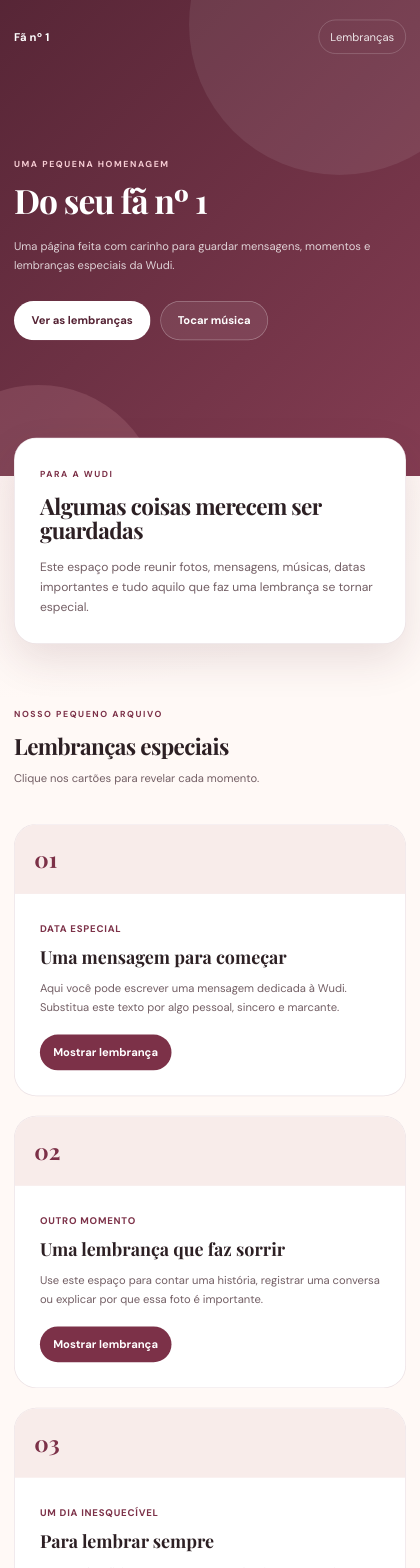
Repository: rrresck/do-seu-fa-numero-1
Page: index.html
The author's editor kept a copy of each file at every save. The page is drawn from the files as they stood at one save, then again after the next save.
The browser window is 600 px wide. The pictures show the part of the page from y = 0 to 2240 px (the page is 3087 px tall), at 70% of full size.

Above is the page before, as saved 2026-07-24 15:10:32.

### index.html
<!DOCTYPE html>
<html lang="pt-BR">
<head>
    <meta charset="UTF-8">
    <meta
        name="viewport"
        content="width=device-width, initial-scale=1.0"
    >

    <meta
        name="description"
        content="Uma página especial feita para a Wudi, pelo seu fã número 1."
    >

    <title>Do seu fã número 1</title>

    <link rel="preconnect" href="https://fonts.googleapis.com">
    <link rel="preconnect" href="https://fonts.gstatic.com" crossorigin>

    <link
        href="https://fonts.googleapis.com/css2?family=DM+Sans:wght@400;500;600;700&family=Playfair+Display:wght@600;700&display=swap"
        rel="stylesheet"
    >

    <link rel="stylesheet" href="css/styles.css">
</head>

<body>
    <header class="hero">
        <nav class="navigation container">
            <a href="#inicio" class="logo">
                Fã nº 1
            </a>

            <a href="#lembrancas" class="navigation-link">
                Lembranças
            </a>
        </nav>

        <div class="hero-content container" id="inicio">
            <span class="eyebrow">Uma pequena homenagem</span>

            <h1>Do seu fã nº 1</h1>

            <p class="hero-description">
                Uma página feita com carinho para guardar mensagens,
                momentos e lembranças especiais da Wudi.
            </p>

            <div class="hero-actions">
                <a href="#lembrancas" class="button button-primary">
                    Ver as lembranças
                </a>

                <button
                    type="button"
                    class="button button-secondary"
                    id="musicButton"
                    aria-pressed="false"
                >
                    Tocar música
                </button>
            </div>
        </div>

        <div class="hero-decoration" aria-hidden="true">
            <span>✦</span>
            <span>♡</span>
            <span>✦</span>
        </div>
    </header>

    <main>
        <section class="intro-section container">
            <div class="intro-card">
                <span class="section-label">Para a Wudi</span>

                <h2>Algumas coisas merecem ser guardadas</h2>

                <p>
                    Este espaço pode reunir fotos, mensagens, músicas,
                    datas importantes e tudo aquilo que faz uma lembrança
                    se tornar especial.
                </p>
            </div>
        </section>

        <section
            class="memories-section container"
            id="lembrancas"
        >
            <div class="section-heading">
                <span class="section-label">Nosso pequeno arquivo</span>
                <h2>Lembranças especiais</h2>
                <p>
                    Clique nos cartões para revelar cada momento.
                </p>
            </div>

            <div class="memories-grid">
                <article class="memory-card">
                    <div class="memory-number">01</div>

                    <div class="memory-content">
                        <time datetime="2026-01-01">
                            Data especial
                        </time>

                        <h3>Uma mensagem para começar</h3>

                        <p>
                            Aqui você pode escrever uma mensagem dedicada
                            à Wudi. Substitua este texto por algo pessoal,
                            sincero e marcante.
                        </p>

                        <button
                            type="button"
                            class="reveal-button"
                            data-target="memoryImage1"
                        >
                            Mostrar lembrança
                        </button>

                        <div
                            class="memory-image-wrapper"
                            id="memoryImage1"
                            hidden
                        >
                            <img
                                src="img/foto-1.jpg"
                                alt="Primeira lembrança dedicada à Wudi"
                            >
                        </div>
                    </div>
                </article>

                <article class="memory-card">
                    <div class="memory-number">02</div>

                    <div class="memory-content">
                        <time datetime="2026-01-02">
                            Outro momento
                        </time>

                        <h3>Uma lembrança que faz sorrir</h3>

                        <p>
                            Use este espaço para contar uma história,
                            registrar uma conversa ou explicar por que
                            essa foto é importante.
                        </p>

                        <button
                            type="button"
                            class="reveal-button"
                            data-target="memoryImage2"
                        >
                            Mostrar lembrança
                        </button>

                        <div
                            class="memory-image-wrapper"
                            id="memoryImage2"
                            hidden
                        >
                            <img
                                src="img/foto-2.jpg"
                                alt="Segunda lembrança dedicada à Wudi"
                            >
                        </div>
                    </div>
                </article>

                <article class="memory-card">
                    <div class="memory-number">03</div>

                    <div class="memory-content">
                        <time datetime="2026-01-03">
                            Um dia inesquecível
                        </time>

                        <h3>Para lembrar sempre</h3>

                        <p>
                            Você pode adicionar quantos cartões desejar.
                            Basta copiar este bloco e alterar o texto,
                            a data e o endereço da imagem.
                        </p>

                        <button
                            type="button"
                            class="reveal-button"
                            data-target="memoryImage3"
                        >
                            Mostrar lembrança
                        </button>

                        <div
                            class="memory-image-wrapper"
                            id="memoryImage3"
                            hidden
                        >
                            <img
                                src="img/foto-3.jpg"
                                alt="Terceira lembrança dedicada à Wudi"
                            >
                        </div>
                    </div>
                </article>
            </div>
        </section>

        <section class="closing-section">
            <div class="container">
                <div class="closing-card">
                    <span class="closing-symbol" aria-hidden="true">
                        ♡
                    </span>

                    <h2>Feito para a Wudi</h2>

                    <p>
                        Porque algumas pessoas merecem páginas inteiras,
                        não apenas mensagens rápidas.
                    </p>

                    <span class="signature">
                        — Do seu fã número 1
                    </span>
                </div>
            </div>
        </section>
    </main>

    <footer>
        <div class="container footer-content">
            <p>
                Feito com carinho para a Wudi.
            </p>

            <a href="#inicio">
                Voltar ao início
            </a>
        </div>
    </footer>

    <audio id="backgroundMusic" loop>
        <source src="audio/musica.mp3" type="audio/mpeg">
    </audio>

    <script src="script.js"></script>
</body>
</html>

### css/styles.css
:root {
    --background: #fff9f6;
    --surface: #ffffff;
    --surface-soft: #f8ecea;
    --primary: #7c3148;
    --primary-dark: #542233;
    --accent: #d99aa4;
    --text: #2d2024;
    --text-soft: #735f65;
    --border: rgba(124, 49, 72, 0.14);
    --shadow: 0 24px 60px rgba(84, 34, 51, 0.12);
    --radius-large: 32px;
    --radius-medium: 20px;
    --radius-small: 12px;
    --container: 1120px;
}

* {
    box-sizing: border-box;
    margin: 0;
    padding: 0;
}

html {
    scroll-behavior: smooth;
}

body {
    min-height: 100vh;
    overflow-x: hidden;
    background:
        radial-gradient(
            circle at top left,
            rgba(217, 154, 164, 0.22),
            transparent 32%
        ),
        var(--background);
    color: var(--text);
    font-family: "DM Sans", sans-serif;
    line-height: 1.7;
}

img {
    display: block;
    width: 100%;
    height: auto;
}

button,
a {
    font: inherit;
}

button {
    cursor: pointer;
}

a {
    color: inherit;
    text-decoration: none;
}

.container {
    width: min(calc(100% - 40px), var(--container));
    margin-inline: auto;
}

.hero {
    position: relative;
    min-height: 760px;
    overflow: hidden;
    background:
        linear-gradient(
            135deg,
            rgba(84, 34, 51, 0.98),
            rgba(124, 49, 72, 0.94)
        );
    color: #ffffff;
}

.hero::before,
.hero::after {
    position: absolute;
    border-radius: 50%;
    content: "";
    pointer-events: none;
}

.hero::before {
    width: 430px;
    height: 430px;
    top: -180px;
    right: -100px;
    background: rgba(255, 255, 255, 0.08);
}

.hero::after {
    width: 350px;
    height: 350px;
    bottom: -220px;
    left: -120px;
    background: rgba(217, 154, 164, 0.18);
}

.navigation {
    position: relative;
    z-index: 2;
    display: flex;
    align-items: center;
    justify-content: space-between;
    padding-block: 28px;
}

.logo {
    font-weight: 700;
    letter-spacing: 0.02em;
}

.navigation-link {
    padding: 10px 16px;
    border: 1px solid rgba(255, 255, 255, 0.25);
    border-radius: 999px;
    color: rgba(255, 255, 255, 0.86);
    transition:
        background-color 180ms ease,
        color 180ms ease;
}

.navigation-link:hover {
    background: #ffffff;
    color: var(--primary-dark);
}

.hero-content {
    position: relative;
    z-index: 2;
    display: flex;
    min-height: 570px;
    flex-direction: column;
    align-items: flex-start;
    justify-content: center;
    max-width: 1100px;
}

.eyebrow,
.section-label {
    display: inline-block;
    margin-bottom: 16px;
    font-size: 0.78rem;
    font-weight: 700;
    letter-spacing: 0.18em;
    text-transform: uppercase;
}

.eyebrow {
    color: #f6ccd3;
}

.hero h1 {
    max-width: none;
    font-family: "Playfair Display", serif;
    font-size: clamp(3rem, 6vw, 5.8rem);
    line-height: 1;
    letter-spacing: -0.03em;
}

.hero-description {
    max-width: 650px;
    margin-top: 28px;
    color: rgba(255, 255, 255, 0.78);
    font-size: clamp(1rem, 2vw, 1.25rem);
}

.hero-actions {
    display: flex;
    flex-wrap: wrap;
    gap: 14px;
    margin-top: 38px;
}

.button {
    display: inline-flex;
    min-height: 52px;
    align-items: center;
    justify-content: center;
    padding: 13px 24px;
    border: 1px solid transparent;
    border-radius: 999px;
    font-weight: 700;
    transition:
        transform 180ms ease,
        background-color 180ms ease,
        border-color 180ms ease;
}

.button:hover {
    transform: translateY(-2px);
}

.button-primary {
    background: #ffffff;
    color: var(--primary-dark);
}

.button-secondary {
    border-color: rgba(255, 255, 255, 0.3);
    background: rgba(255, 255, 255, 0.08);
    color: #ffffff;
}

.button-secondary:hover {
    background: rgba(255, 255, 255, 0.15);
}

.hero-decoration {
    position: absolute;
    right: 7%;
    bottom: 8%;
    z-index: 1;
    display: flex;
    gap: 22px;
    color: rgba(255, 255, 255, 0.2);
    font-size: 2rem;
}

.intro-section {
    position: relative;
    z-index: 3;
    margin-top: -85px;
}

.intro-card {
    padding: clamp(32px, 6vw, 64px);
    border: 1px solid var(--border);
    border-radius: var(--radius-large);
    background: var(--surface);
    box-shadow: var(--shadow);
}

.section-label {
    color: var(--primary);
}

.intro-card h2,
.section-heading h2,
.closing-card h2 {
    font-family: "Playfair Display", serif;
    font-size: clamp(2rem, 5vw, 3.7rem);
    line-height: 1.1;
    letter-spacing: -0.025em;
}

.intro-card p {
    max-width: 760px;
    margin-top: 20px;
    color: var(--text-soft);
    font-size: 1.08rem;
}

.memories-section {
    padding-block: 120px;
}

.section-heading {
    max-width: 700px;
    margin-bottom: 52px;
}

.section-heading p {
    margin-top: 16px;
    color: var(--text-soft);
}

.memories-grid {
    display: grid;
    gap: 28px;
}

.memory-card {
    display: grid;
    grid-template-columns: 110px 1fr;
    overflow: hidden;
    border: 1px solid var(--border);
    border-radius: var(--radius-large);
    background: var(--surface);
    transition:
        transform 200ms ease,
        box-shadow 200ms ease;
}

.memory-card:hover {
    transform: translateY(-4px);
    box-shadow: var(--shadow);
}

.memory-number {
    display: flex;
    align-items: flex-start;
    justify-content: center;
    padding-top: 42px;
    background: var(--surface-soft);
    color: var(--primary);
    font-family: "Playfair Display", serif;
    font-size: 2rem;
    font-weight: 700;
}

.memory-content {
    padding: clamp(28px, 6vw, 52px);
}

.memory-content time {
    display: inline-block;
    margin-bottom: 12px;
    color: var(--primary);
    font-size: 0.86rem;
    font-weight: 700;
    letter-spacing: 0.08em;
    text-transform: uppercase;
}

.memory-content h3 {
    font-family: "Playfair Display", serif;
    font-size: clamp(1.6rem, 4vw, 2.35rem);
    line-height: 1.2;
}

.memory-content p {
    max-width: 760px;
    margin-top: 16px;
    color: var(--text-soft);
}

.reveal-button {
    margin-top: 26px;
    padding: 12px 19px;
    border: 0;
    border-radius: 999px;
    background: var(--primary);
    color: #ffffff;
    font-weight: 700;
    transition:
        background-color 180ms ease,
        transform 180ms ease;
}

.reveal-button:hover {
    transform: translateY(-2px);
    background: var(--primary-dark);
}

.memory-image-wrapper {
    margin-top: 28px;
    overflow: hidden;
    border-radius: var(--radius-medium);
    background: var(--surface-soft);
    animation: revealImage 350ms ease;
}

.memory-image-wrapper img {
    max-height: 680px;
    object-fit: cover;
}

.closing-section {
    padding-bottom: 120px;
}

.closing-card {
    padding: clamp(42px, 8vw, 82px);
    border-radius: var(--radius-large);
    background: var(--primary-dark);
    color: #ffffff;
    text-align: center;
}

.closing-symbol {
    display: block;
    margin-bottom: 20px;
    color: #f4bdc7;
    font-size: 2.4rem;
}

.closing-card p {
    max-width: 620px;
    margin: 20px auto 0;
    color: rgba(255, 255, 255, 0.75);
}

.signature {
    display: block;
    margin-top: 28px;
    color: #f4bdc7;
    font-family: "Playfair Display", serif;
    font-size: 1.15rem;
}

footer {
    border-top: 1px solid var(--border);
    background: var(--surface);
}

.footer-content {
    display: flex;
    align-items: center;
    justify-content: space-between;
    gap: 20px;
    padding-block: 30px;
    color: var(--text-soft);
    font-size: 0.92rem;
}

.footer-content a {
    color: var(--primary);
    font-weight: 700;
}

@keyframes revealImage {
    from {
        opacity: 0;
        transform: translateY(12px);
    }

    to {
        opacity: 1;
        transform: translateY(0);
    }
}

@media (max-width: 720px) {
    .hero {
        min-height: 680px;
    }

    .hero-content {
        min-height: 500px;
    }

    .hero-decoration {
        display: none;
    }

    .intro-section {
        margin-top: -55px;
    }

    .memories-section {
        padding-block: 85px;
    }

    .memory-card {
        grid-template-columns: 1fr;
    }

    .memory-number {
        justify-content: flex-start;
        padding: 22px 28px;
    }

    .footer-content {
        flex-direction: column;
        align-items: flex-start;
    }
}

@media (max-width: 480px) {
    .container {
        width: min(calc(100% - 28px), var(--container));
    }

    .navigation {
        padding-block: 20px;
    }

    .navigation-link {
        display: none;
    }

    .hero-actions {
        width: 100%;
        flex-direction: column;
    }

    .button {
        width: 100%;
    }

    .intro-card,
    .closing-card {
        border-radius: 24px;
    }

    .memory-card {
        border-radius: 24px;
    }
}

### script.js
"use strict";

const revealButtons = document.querySelectorAll(".reveal-button");
const musicButton = document.querySelector("#musicButton");
const backgroundMusic = document.querySelector("#backgroundMusic");

revealButtons.forEach((button) => {
    button.addEventListener("click", () => {
        const targetId = button.dataset.target;
        const imageWrapper = document.getElementById(targetId);

        if (!imageWrapper) {
            return;
        }

        const isHidden = imageWrapper.hidden;

        imageWrapper.hidden = !isHidden;
        button.textContent = isHidden
            ? "Esconder lembrança"
            : "Mostrar lembrança";

        button.setAttribute(
            "aria-expanded",
            String(isHidden)
        );
    });
});

musicButton.addEventListener("click", async () => {
    try {
        if (backgroundMusic.paused) {
            await backgroundMusic.play();

            musicButton.textContent = "Pausar música";
            musicButton.setAttribute("aria-pressed", "true");
        } else {
            backgroundMusic.pause();

            musicButton.textContent = "Tocar música";
            musicButton.setAttribute("aria-pressed", "false");
        }
    } catch (error) {
        musicButton.textContent = "Não foi possível tocar";

        console.error(
            "Erro ao reproduzir a música:",
            error
        );
    }
});

After the next save:
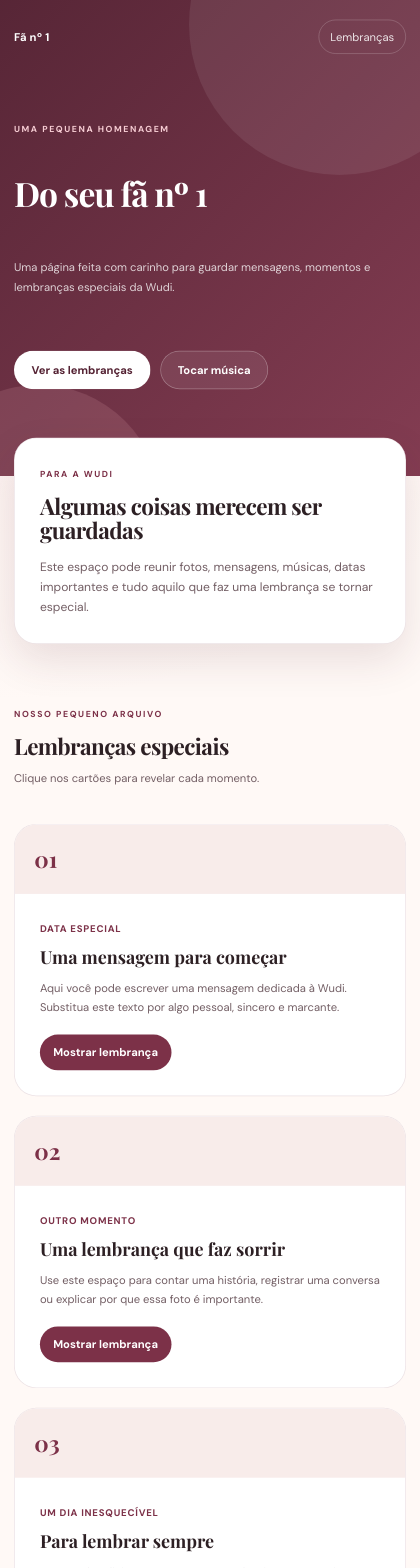
Saved 15 min 11 s later.
--- a/css/styles.css
+++ b/css/styles.css
@@ -134,12 +134,12 @@ a {
 .hero-content {
     position: relative;
     z-index: 2;
-    display: flex;
+    display: grid;
     min-height: 570px;
-    flex-direction: column;
-    align-items: flex-start;
-    justify-content: center;
-    max-width: 1100px;
+    grid-template-columns: minmax(0, 1.25fr) minmax(280px, 0.75fr);
+    align-items: center;
+    gap: clamp(40px, 7vw, 100px);
+    max-width: var(--container);
 }
 
 .eyebrow,
@@ -156,12 +156,49 @@ a {
     color: #f6ccd3;
 }
 
+.hero-copy {
+    min-width: 0;
+}
+
 .hero h1 {
-    max-width: none;
+    max-width: 900px;
     font-family: "Playfair Display", serif;
     font-size: clamp(3rem, 6vw, 5.8rem);
     line-height: 1;
     letter-spacing: -0.03em;
+}
+
+.hero-photo {
+    position: relative;
+    margin: 0;
+    padding: 14px;
+    border-radius: 30px;
+    background: rgba(255, 255, 255, 0.12);
+    transform: rotate(2deg);
+}
+
+.hero-photo::before {
+    position: absolute;
+    inset: -25px;
+    z-index: -1;
+    border-radius: 40px;
+    background: rgba(217, 154, 164, 0.18);
+    filter: blur(28px);
+    content: "";
+}
+
+.hero-photo img {
+    aspect-ratio: 4 / 5;
+    border-radius: 22px;
+    object-fit: cover;
+}
+
+.hero-photo figcaption {
+    padding: 14px 8px 4px;
+    color: rgba(255, 255, 255, 0.72);
+    font-family: "Playfair Display", serif;
+    font-size: 0.95rem;
+    text-align: center;
 }
 
 .hero-description {
@@ -461,6 +498,18 @@ footer {
         flex-direction: column;
         align-items: flex-start;
     }
+
+    .hero-content {
+        grid-template-columns: 1fr;
+        gap: 40px;
+        padding-block: 70px 120px;
+    }
+
+    .hero-photo {
+        width: min(100%, 420px);
+        margin-inline: auto;
+        transform: rotate(1deg);
+    }
 }
 
 @media (max-width: 480px) {
